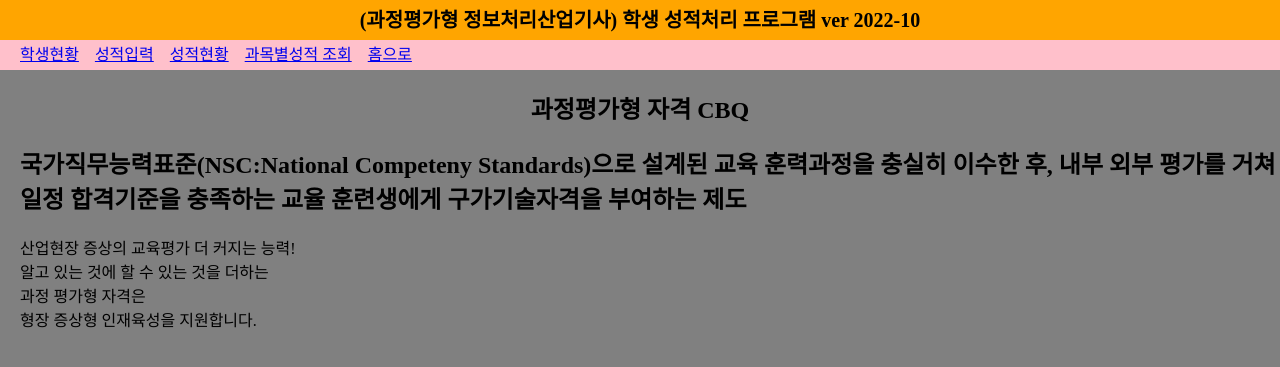
Repository: wjdwlgns1101/school_hrd
Page: http://localhost/school_30111/
These files come from the project's save history. The page is drawn as it stood at one moment and after the next save; the edit follows.
The browser window is 1280 px wide. The pictures show the whole page.
The page is served by Tomcat 9.

Above is the page before, as saved 2024-04-29 07:07:55.

### hrd_30111_school2 완성/school_30111/src/main/webapp/index.jsp
<%@ page language="java" contentType="text/html; charset=EUC-KR"
    pageEncoding="EUC-KR"%>
<!DOCTYPE html>
<html>
<head>
<meta charset="EUC-KR">
<title>Insert title here</title>
</head>
<body>
<jsp:include page="header.jsp"></jsp:include>

<section style="position: fixed; background-color: gray; width: 100%; top: 70px; height: 100%; left: 0;">
	<h2 style="text-align: center;"><b>과정평가형 자격 CBQ</b></h2>
	<h1 style="padding-left: 20px"> 국가직무능력표준(NSC:National Competeny Standards)으로 설계된 교육 훈력과정을 충실히 이수한 후, 내부 외부 평가를 거쳐 일정 합격기준을 충족하는 교율 훈련생에게 구가기술자격을 부여하는 제도 </h1>
	<p style="padding-left: 20px">
	산업현장 증상의 교육평가 더 커지는 능력! <br>
	알고 있는 것에 할 수 있는 것을 더하는 <br>
	과정 평가형 자격은 <br>
	형장 증상형 인재육성을 지원합니다.

	</p>

</section>


<jsp:include page="footer.jsp"></jsp:include>
</body>
</html>

### hrd_30111_school2 완성/school_30111/src/main/webapp/header.jsp
<%@ page language="java" contentType="text/html; charset=EUC-KR"
    pageEncoding="EUC-KR"%>
<!DOCTYPE html>
<html>
<head>
<meta charset="EUC-KR">
<title>Insert title here</title>
</head>
<body>
<header style="position:fixed; width: 100%; top:0; height:40px; left:0; background: orange; text-align: center; line-height: 40px; font-size: 20px">
	<b> (과정평가형 정보처리산업기사) 학생 성적처리 프로그램 ver 2022-10 </b>
</header>
<nav style=" position:fixed; width: 100%; padding-left:20px; top: 40px; line-height:30px; left:0;  background: pink;">
	<a href="#">학생현황</a> &nbsp;&nbsp;
	<a href="#">성적입력</a> &nbsp;&nbsp;
	<a href="#">성적현황</a> &nbsp;&nbsp;
	<a href="#">과목별성적 조회</a> &nbsp;&nbsp;
	<a href="index.jsp">홈으로</a>
</nav>

</body>
</html>

### hrd_30111_school2 완성/school_30111/src/main/webapp/footer.jsp
<%@ page language="java" contentType="text/html; charset=EUC-KR"
    pageEncoding="EUC-KR"%>
<!DOCTYPE html>
<html>
<head>
<meta charset="EUC-KR">
<title>Insert title here</title>
</head>
<body>


</body>
</html>

After the next save:
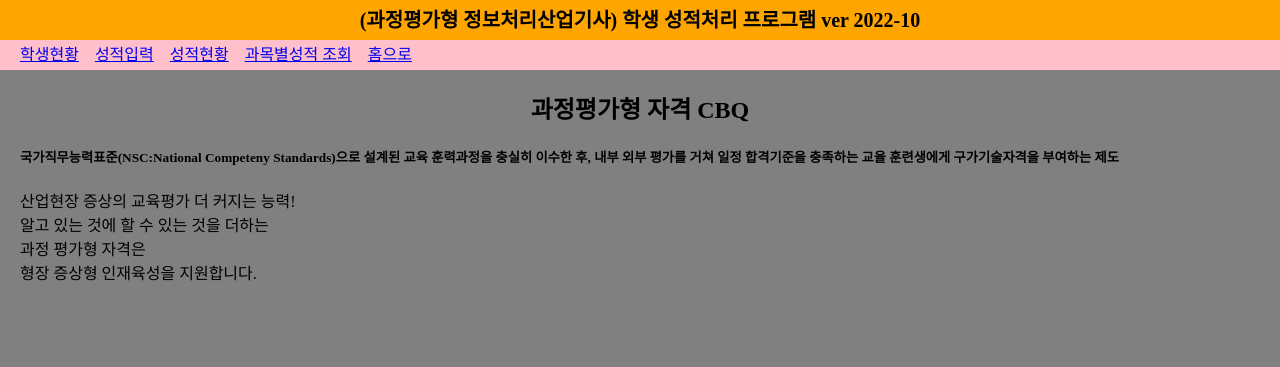
Saved 18 s later.
--- a/hrd_30111_school2 완성/school_30111/src/main/webapp/index.jsp
+++ b/hrd_30111_school2 완성/school_30111/src/main/webapp/index.jsp
@@ -11,7 +11,7 @@
 
 <section style="position: fixed; background-color: gray; width: 100%; top: 70px; height: 100%; left: 0;">
 	<h2 style="text-align: center;"><b>과정평가형 자격 CBQ</b></h2>
-	<h1 style="padding-left: 20px"> 국가직무능력표준(NSC:National Competeny Standards)으로 설계된 교육 훈력과정을 충실히 이수한 후, 내부 외부 평가를 거쳐 일정 합격기준을 충족하는 교율 훈련생에게 구가기술자격을 부여하는 제도 </h1>
+	<h5 style="padding-left: 20px"> 국가직무능력표준(NSC:National Competeny Standards)으로 설계된 교육 훈력과정을 충실히 이수한 후, 내부 외부 평가를 거쳐 일정 합격기준을 충족하는 교율 훈련생에게 구가기술자격을 부여하는 제도 </h5>
 	<p style="padding-left: 20px">
 	산업현장 증상의 교육평가 더 커지는 능력! <br>
 	알고 있는 것에 할 수 있는 것을 더하는 <br>
